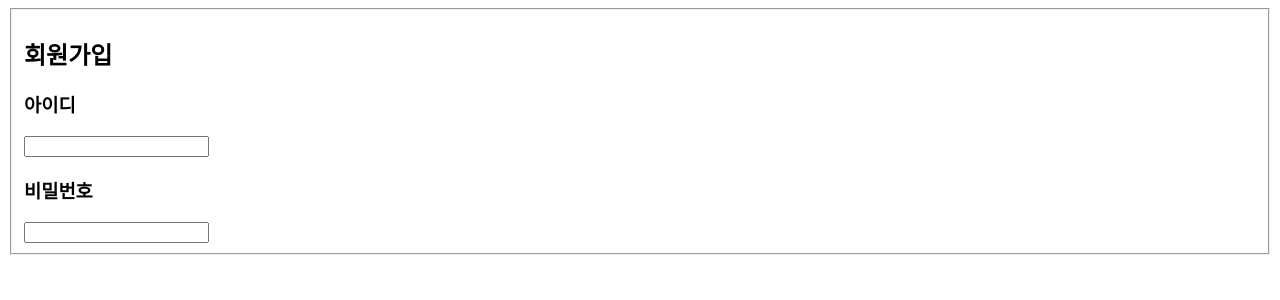
Repository: agheha/trillion
Page: YH/login/login.html
These files come from the project's save history. The page is drawn as it stood at one moment and after a run of saves; the edit follows.
The browser window is 1280 px wide. The pictures show the whole page.

Above is the page before, as saved 2019-09-02 20:17:29.

### YH/login/login.html
<!DOCTYPE html>
<html lang="en">
<head>
    <meta charset="UTF-8">
    <meta name="viewport" content="width=device-width, initial-scale=1.0">
    <meta http-equiv="X-UA-Compatible" content="ie=edge">
    <title>Document</title>
    <link rel="stylesheet" href="login.css">
</head>
<body>
    <form>
        <fieldset>
            <h2>회원가입</h2>
                <h3>아이디</h3>
                <div>
                    <input type="text" name="msg">
                </div>
                <h3>비밀번호</h3>
                <div>
                    <input type="password" name="pass">
                </div>
        </fieldset>
    </form>
</body>
</html>

Loaded but not shown: YH/login/login.css (no copy from this time; the picture is the same without it)

After the next 2 saves:
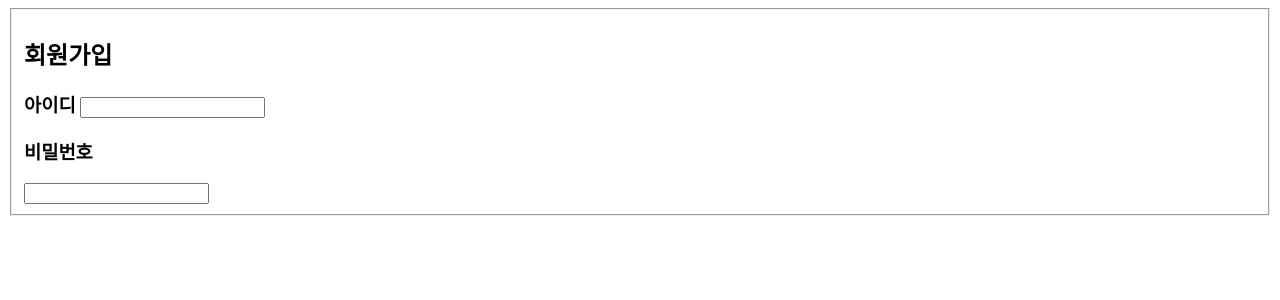
The 2 saves are shown as one change because they came seconds apart.
The last was saved 12 h 30 min later.
--- a/YH/login/login.html
+++ b/YH/login/login.html
@@ -11,9 +11,9 @@
     <form>
         <fieldset>
             <h2>회원가입</h2>
-                <h3>아이디</h3>
+                <h3>아이디 <input type="text" name="msg"></h3>
                 <div>
-                    <input type="text" name="msg">
+
                 </div>
                 <h3>비밀번호</h3>
                 <div>
